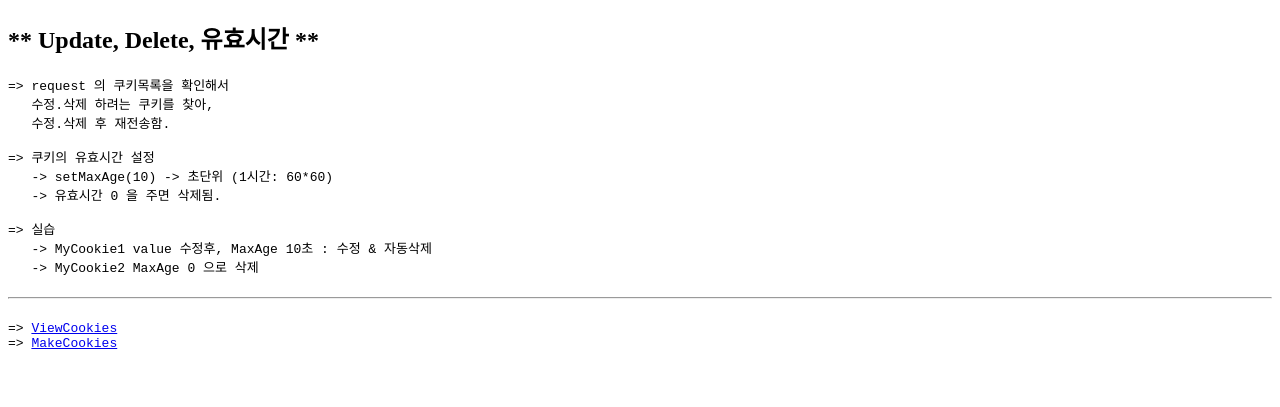
Repository: nameground/Java
Page: http://localhost/Web01/jsp03_Cookie/ex03_upDelCookies.jsp
An editor plug-in stored every save of this project. The page is shown before and after the next save, followed by the edit.
The browser window is 1280 px wide. The pictures show the whole page.
The page is served by Tomcat 9. Nobody is signed in. The application's start-up code is not run.

Above is the page before, as saved 2023-10-13 02:01:26.

After the next save:
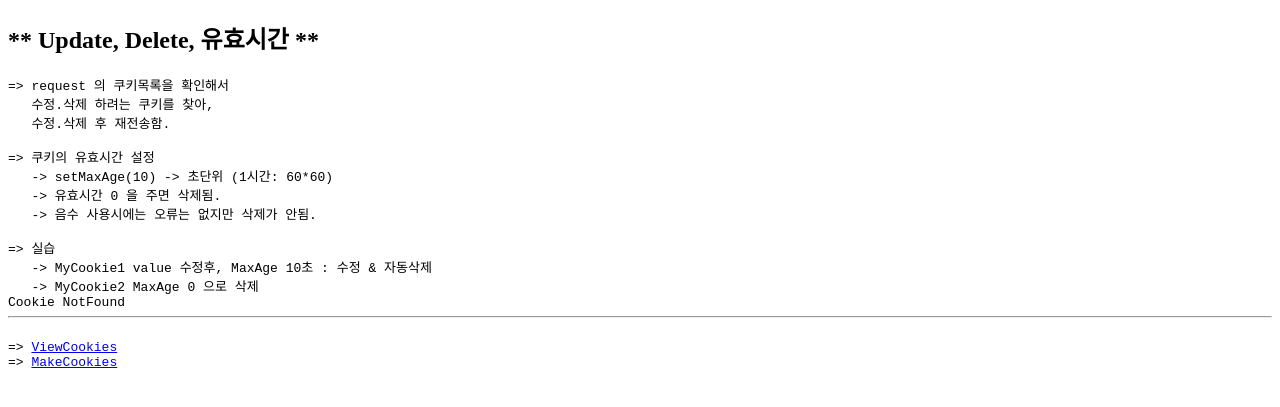
Saved 9 min 7 s later.
--- a/mTest/Mywork/Web01/src/main/webapp/jsp03_Cookie/ex03_upDelCookies.jsp
+++ b/mTest/Mywork/Web01/src/main/webapp/jsp03_Cookie/ex03_upDelCookies.jsp
@@ -16,12 +16,29 @@
 => 쿠키의 유효시간 설정
    -> setMaxAge(10) -> 초단위 (1시간: 60*60)
    -> 유효시간 0 을 주면 삭제됨.
+   -> 음수 사용시에는 오류는 없지만 삭제가 안됨.
 
 => 실습
    -> MyCookie1 value 수정후, MaxAge 10초 : 수정 & 자동삭제
    -> MyCookie2 MaxAge 0 으로 삭제
 <%
 
+	Cookie[] ck = request.getCookies();
+   	if(ck != null && ck.length > 0){
+		for(Cookie c : ck){
+			if(c.getName().equals("MyCookie1")){
+				c.setValue("YellowCom");
+				c.setMaxAge(10); // 단위 : 초
+				response.addCookie(c);
+			}else if (c.getName().equals("MyCookie2")){
+				c.setMaxAge(0);
+				response.addCookie(c);
+			}
+		}
+
+   	}else {
+   		out.print("Cookie NotFound");
+   	}
 
 %>
 <hr>
